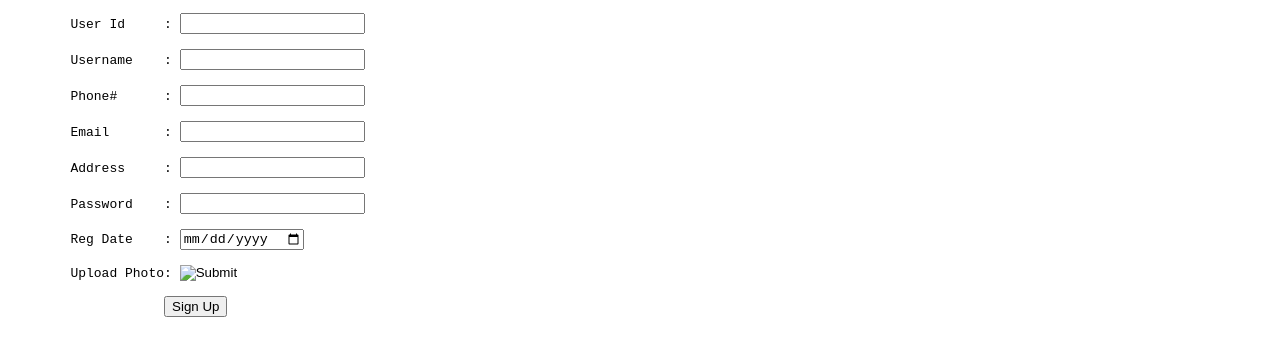
Repository: blackburn99/E-Learning-Project
Page: http://localhost/e-learning-project-frontend/registration.jsp
An editor plug-in stored every save of this project. The page is shown before and after the next save, followed by the edit.
The browser window is 1280 px wide. The pictures show the whole page.
The page is served by Tomcat 9. Other server files are loaded and not shown.

Above is the page before, as saved 2021-08-18 05:09:22.

### e-learning-project-frontend/src/main/webapp/registration.jsp
<%@ page language="java" contentType="text/html; charset=ISO-8859-1"
    pageEncoding="ISO-8859-1"%>
<!DOCTYPE html PUBLIC "-//W3C//DTD HTML 4.01 Transitional//EN" "http://www.w3.org/TR/html4/loose.dtd">
<html>
<head>
<meta http-equiv="Content-Type" content="text/html; charset=ISO-8859-1">
<title>Insert title here</title>
</head>
<body>
	<form action="register" method="POST">
        <pre>
        User Id     : <input type="number" name="id" /><br>
        Username    : <input type="text" name="username" /><br>
        Phone#      : <input type="number" name="phone" /><br>
        Email       : <input type="email" name="email" /><br>
        Address     : <input type="address" name="address" /><br>
        Password    : <input type="password" name="password" /><br>
        Reg Date    : <input type="date" name="reg_date" /><br>
        Upload Photo: <input type="image" name="upload_photo" /><br>
                    <input type="submit" value="Sign Up" /><br>
       </pre>
     </form>
</body>
</html>

After the next save:
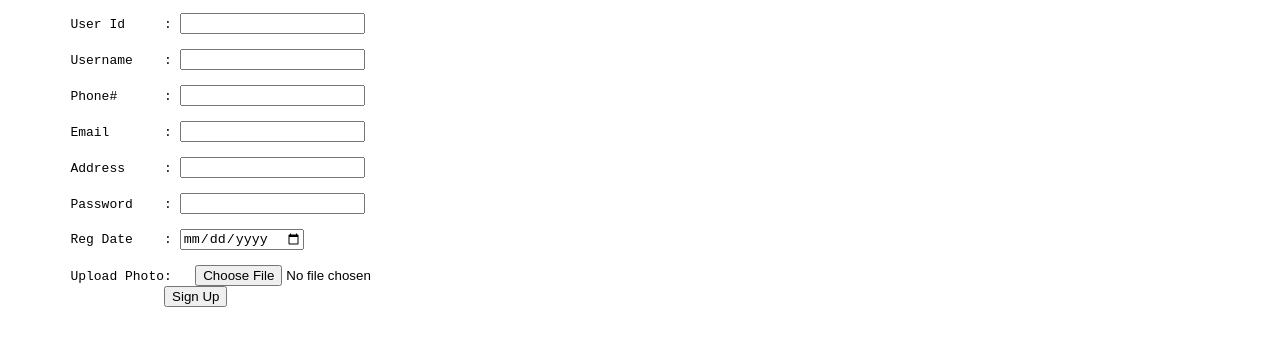
Saved 2 min 6 s later.
--- a/e-learning-project-frontend/src/main/webapp/registration.jsp
+++ b/e-learning-project-frontend/src/main/webapp/registration.jsp
@@ -16,7 +16,7 @@
         Address     : <input type="address" name="address" /><br>
         Password    : <input type="password" name="password" /><br>
         Reg Date    : <input type="date" name="reg_date" /><br>
-        Upload Photo: <input type="image" name="upload_photo" /><br>
+        Upload Photo:   <input type="file" name="upload_photo" id="fileToUpload">
                     <input type="submit" value="Sign Up" /><br>
        </pre>
      </form>
